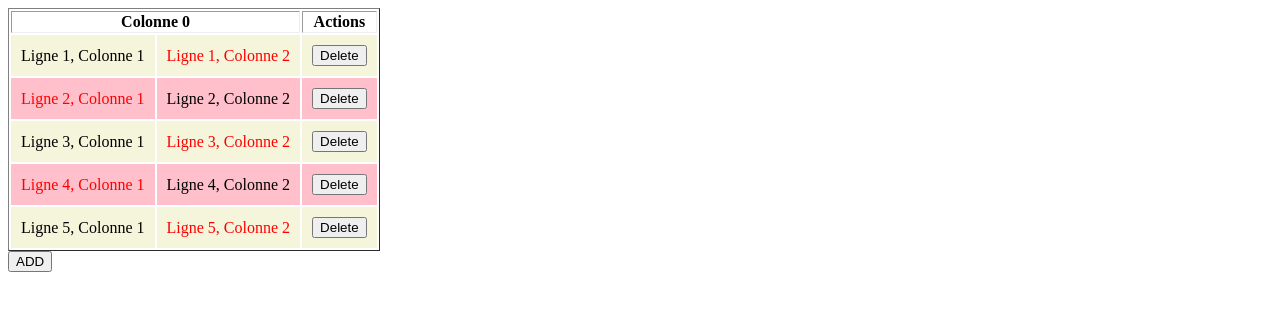
Repository: Chaimaa482/web-tp4
Page: ex1.html
The author's editor kept a copy of each file at every save. The page is drawn from the files as they stood at one save, then again after the next save.
The browser window is 1280 px wide. The pictures show the whole page.

Above is the page before, as saved 2023-10-29 15:15:23.

After the next save:
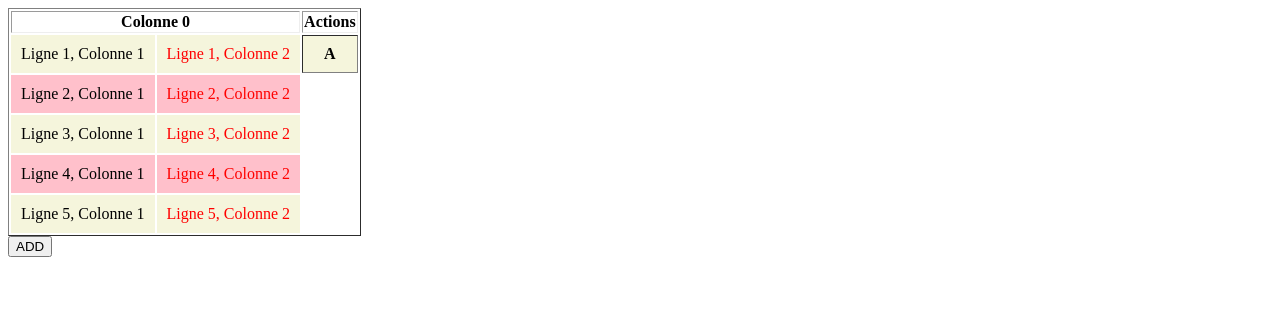
Saved 19 s later.
--- a/ex1.html
+++ b/ex1.html
@@ -12,27 +12,23 @@
         <tr>
             <td>Ligne 1, Colonne 1</td>
             <td>Ligne 1, Colonne 2</td>
-            <td><button>Delete</button></td>
+            <th>A</th>
         </tr>
         <tr>
             <td>Ligne 2, Colonne 1</td>
             <td>Ligne 2, Colonne 2</td>
-            <td><button>Delete</button></td>
         </tr>
         <tr>
             <td>Ligne 3, Colonne 1</td>
             <td>Ligne 3, Colonne 2</td>
-            <td><button>Delete</button></td>
         </tr>
         <tr>
             <td>Ligne 4, Colonne 1</td>
             <td>Ligne 4, Colonne 2</td>
-            <td><button>Delete</button></td>
         </tr>
         <tr>
             <td>Ligne 5, Colonne 1</td>
             <td>Ligne 5, Colonne 2</td>
-            <td><button>Delete</button></td>
         </tr>
 
 
